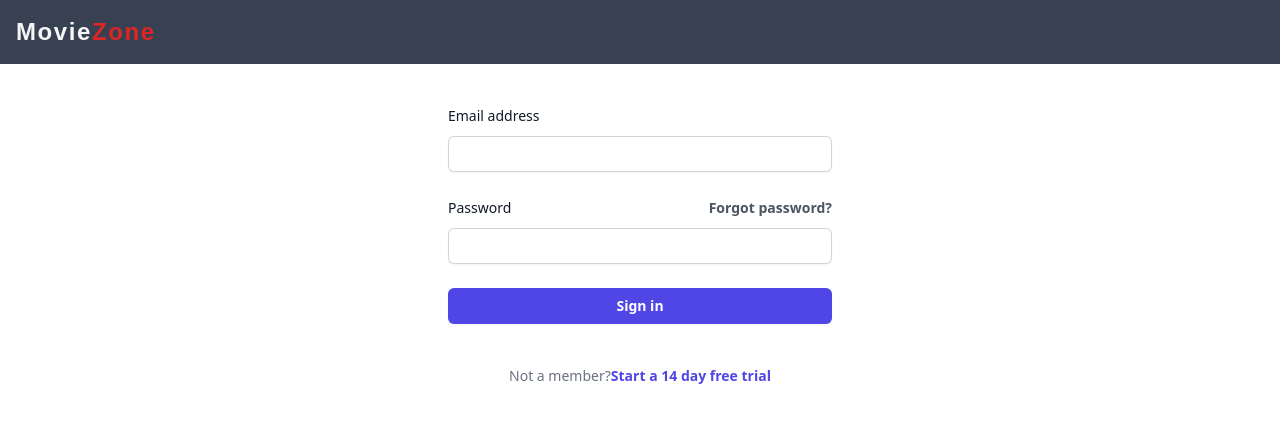
Repository: Ucheobikingsley/movie_catalogue
Page: /addmovie (app in etap_movie_catalog/)
An editor plug-in stored every save of this project. The page is shown before and after the next save, followed by the edit.
The browser window is 1280 px wide. The pictures show the whole page.
Some web fonts or font styles are not loaded; a fallback is used. The project was rebuilt for these pictures with package versions that can differ from the ones it lists, and the page was loaded fresh each time. The framework's server and built-in components were replaced by stand-ins that run in the browser. Also part of the build but not shown: etap_movie_catalog/next.config.js.

Above is the page before, as saved 2023-05-01 09:14:08.

After the next save:
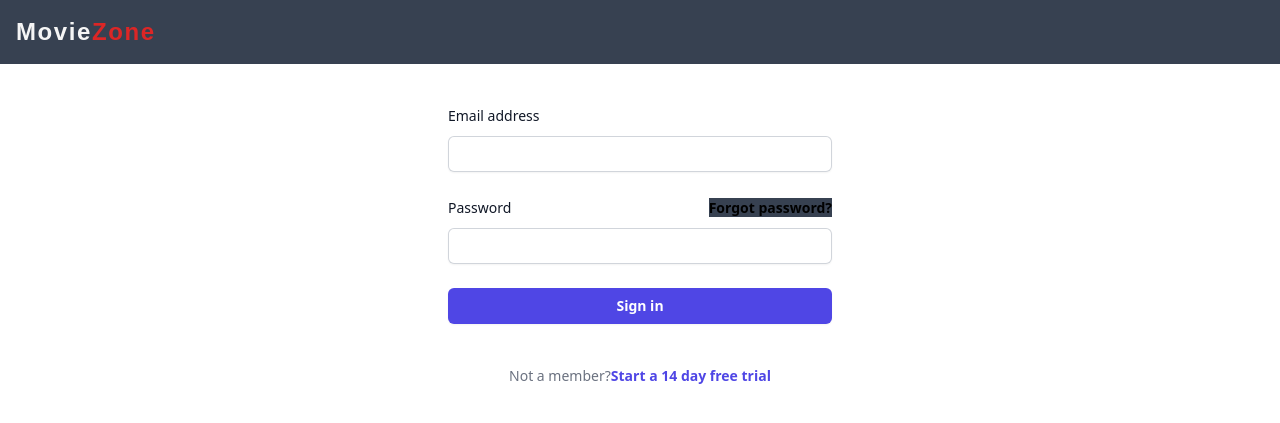
Saved 28 s later.
--- a/etap_movie_catalog/pages/addmovie.tsx
+++ b/etap_movie_catalog/pages/addmovie.tsx
@@ -15,7 +15,7 @@
         <div className="flex items-center justify-between">
           <label  className="block text-sm font-medium leading-6 text-gray-900">Password</label>
           <div className="text-sm">
-            <a href="#" className="font-semibold text-gray-600 hover:text-indigo-500">Forgot password?</a>
+            <a href="#" className="font-semibold bg-gray-700 hover:text-indigo-500">Forgot password?</a>
           </div>
         </div>
         <div className="mt-2">

After the save that followed:
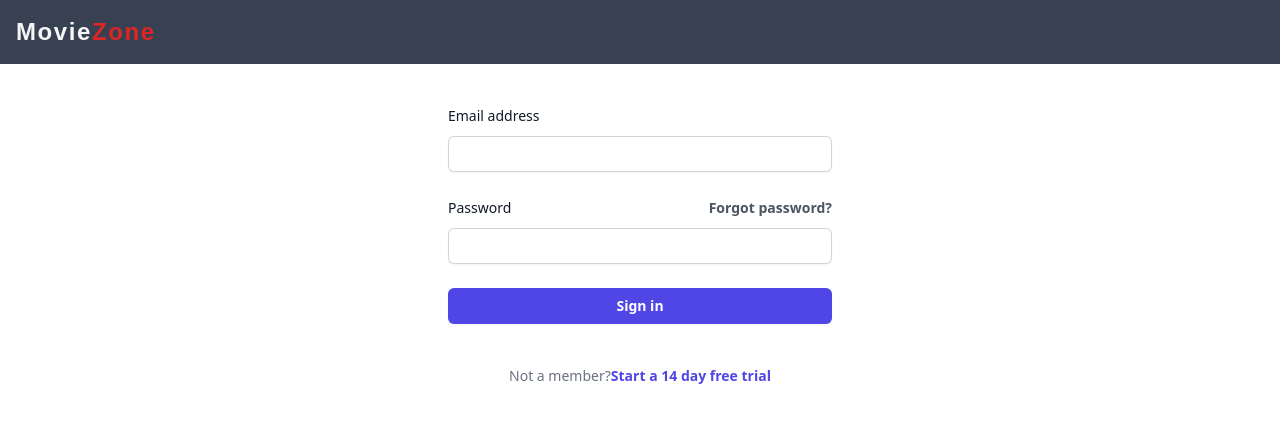
Saved 7 s later.
--- a/etap_movie_catalog/pages/addmovie.tsx
+++ b/etap_movie_catalog/pages/addmovie.tsx
@@ -15,7 +15,7 @@
         <div className="flex items-center justify-between">
           <label  className="block text-sm font-medium leading-6 text-gray-900">Password</label>
           <div className="text-sm">
-            <a href="#" className="font-semibold bg-gray-700 hover:text-indigo-500">Forgot password?</a>
+            <a href="#" className="font-semibold text-gray-600 hover:text-indigo-500">Forgot password?</a>
           </div>
         </div>
         <div className="mt-2">
